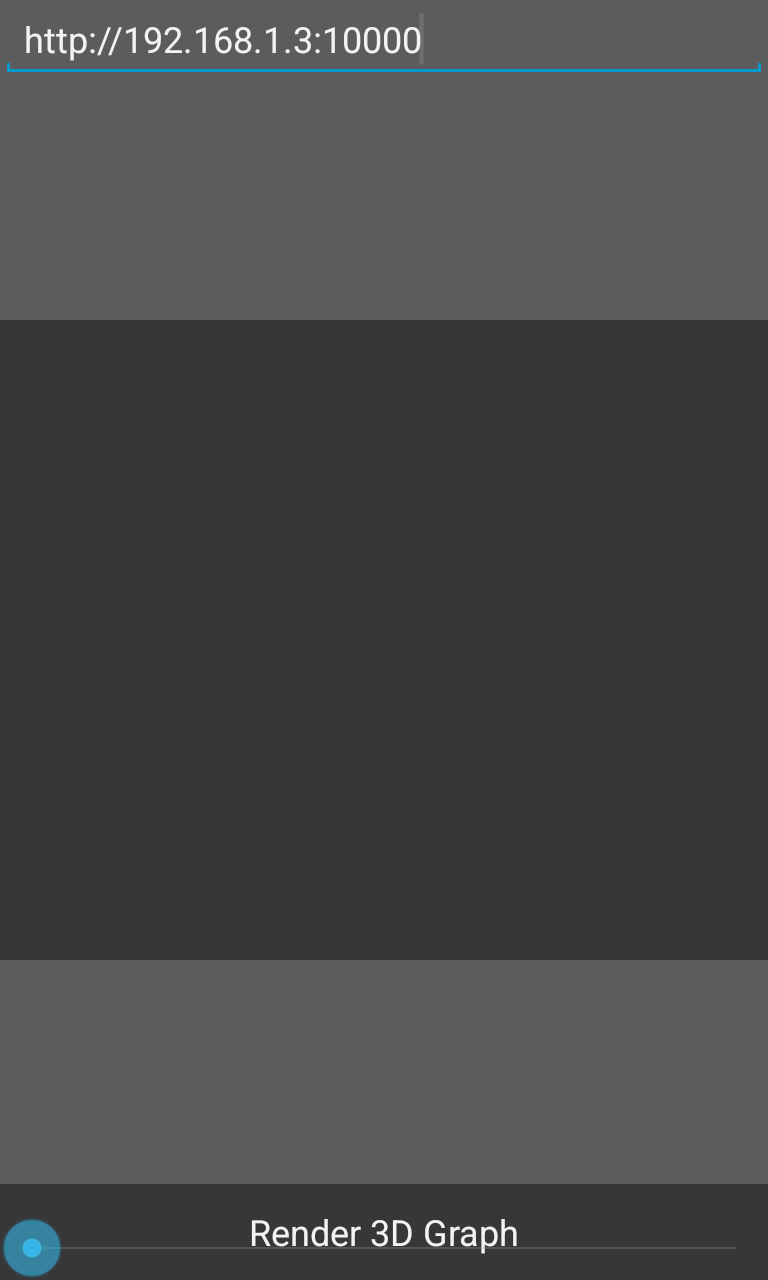
Repository: favreau/Sol-R-Android
Layout: RaytracerClient/res/layout/activity_fullscreen.xml
An editor plug-in stored every save of this project. The layout is shown before and after the next save, followed by the edit.
It is drawn on a 768 x 1280 px phone screen (xhdpi) without system bars, with theme FullscreenTheme; the app's code is not run.

Above is the layout before, as saved 2013-05-04 19:14:09.

After the next save:
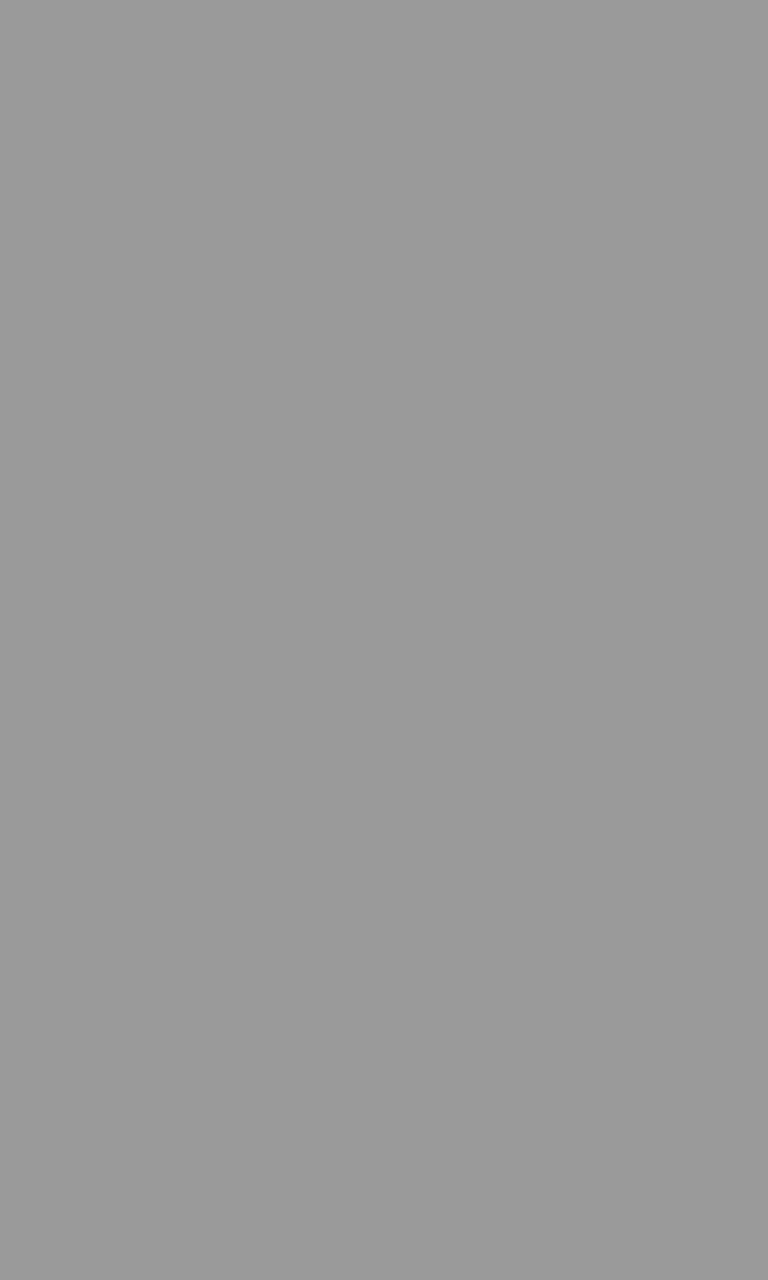
Saved 111 s later.
--- a/RaytracerClient/res/layout/activity_fullscreen.xml
+++ b/RaytracerClient/res/layout/activity_fullscreen.xml
@@ -1,4 +1,4 @@
-<FrameLayout xmlns:android="http://schemas.android.com/apk/res/android"
+<GridLayout xmlns:android="http://schemas.android.com/apk/res/android"
     xmlns:tools="http://schemas.android.com/tools"
     android:layout_width="match_parent"
     android:layout_height="match_parent"
@@ -75,8 +75,8 @@
             android:id="@+id/seekBar"
             android:layout_width="match_parent"
             android:layout_height="wrap_content"
-            android:layout_gravity="bottom" />
+            android:layout_gravity="left" />
 
     </FrameLayout>
 
-</FrameLayout>
+</GridLayout>

After the save that followed:
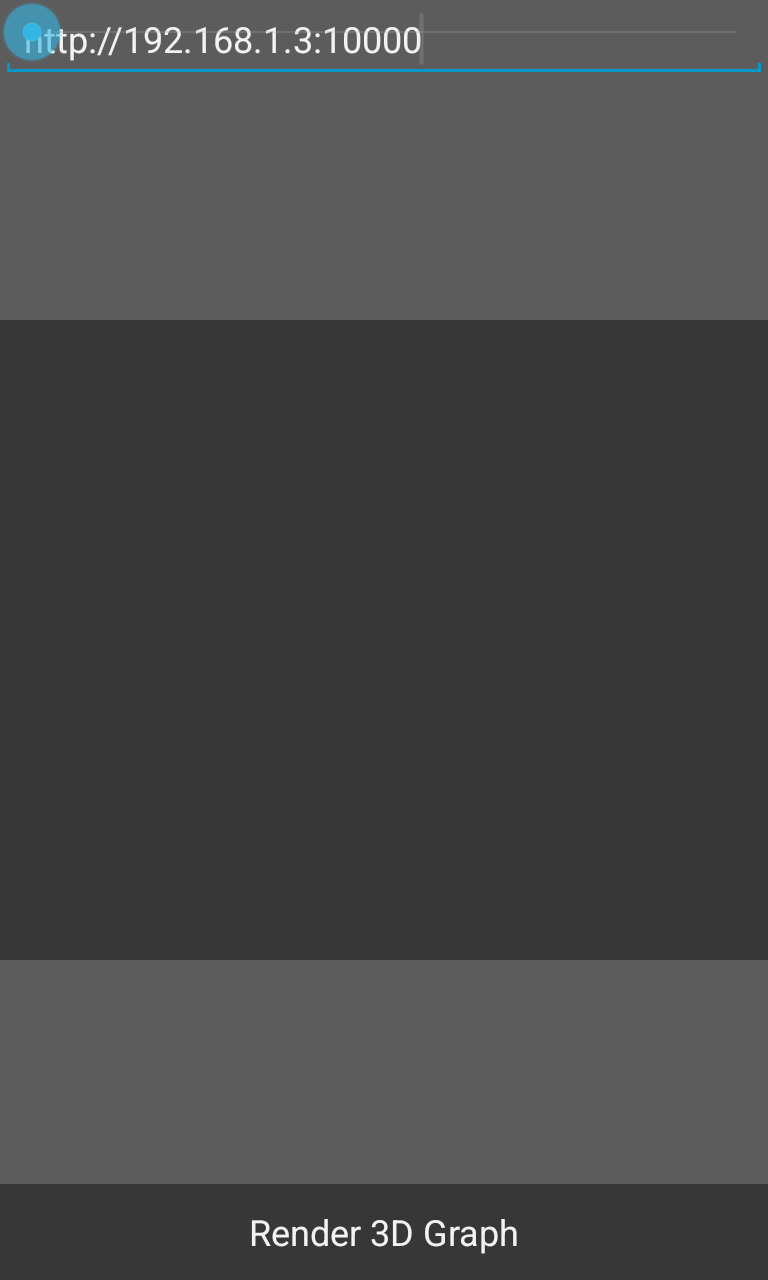
Saved 18 s later.
--- a/RaytracerClient/res/layout/activity_fullscreen.xml
+++ b/RaytracerClient/res/layout/activity_fullscreen.xml
@@ -1,4 +1,4 @@
-<GridLayout xmlns:android="http://schemas.android.com/apk/res/android"
+<FrameLayout xmlns:android="http://schemas.android.com/apk/res/android"
     xmlns:tools="http://schemas.android.com/tools"
     android:layout_width="match_parent"
     android:layout_height="match_parent"
@@ -79,4 +79,4 @@
 
     </FrameLayout>
 
-</GridLayout>
+</FrameLayout>
